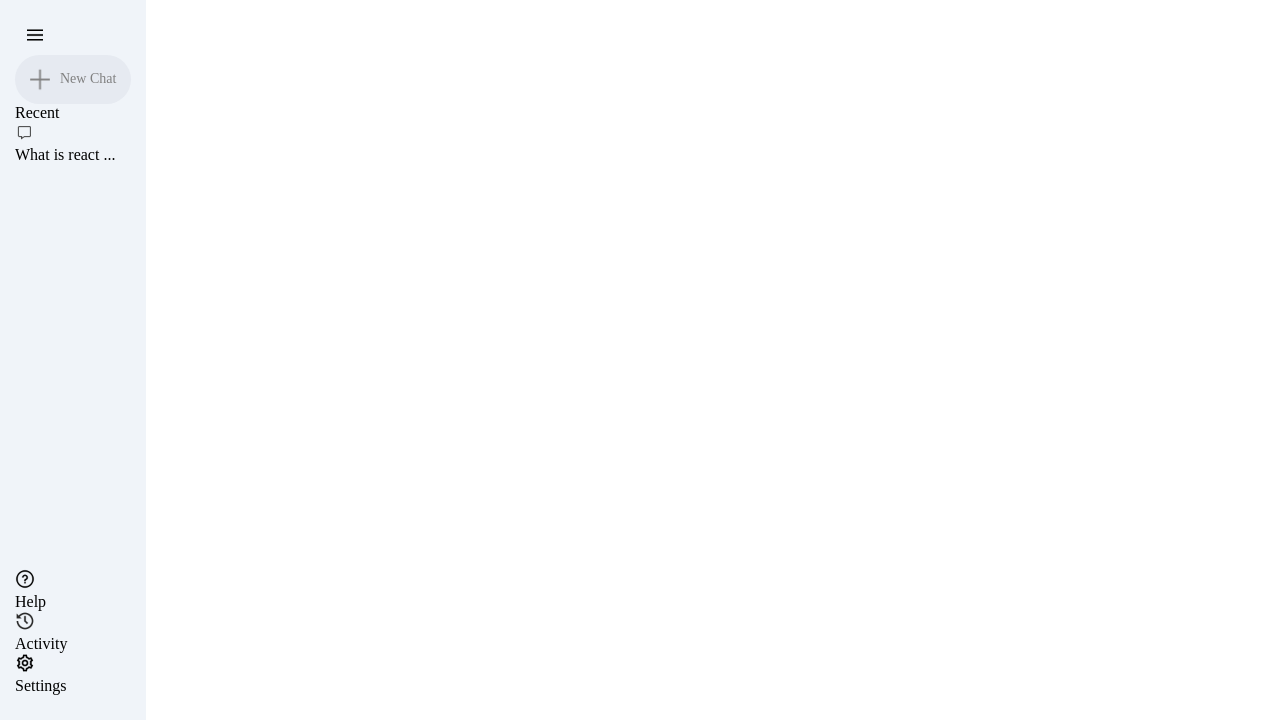
Repository: diyorbe-beep/GhostAi
Page: /
These files come from the project's save history. The page is drawn as it stood at one moment and after a run of saves; the edit follows.
The browser window is 1280 px wide. The pictures show the whole page.
The project was rebuilt for these pictures with package versions that can differ from the ones it lists, and the page was loaded fresh each time. Also part of the build but not shown: vite.config.js.

Above is the page before, as saved 2025-08-31 12:19:29.

### index.html
<!doctype html>
<html lang="en">
  <head>
    <meta charset="UTF-8" />
    <link rel="icon" type="image/svg+xml" href="./public/ChatGPT Image 31 авг. 2025 г., 11_16_32.png" />
    <meta name="viewport" content="width=device-width, initial-scale=1.0" />
    <title>GhostAi</title>
  </head>
  <body>
    <div id="root"></div>
    <script type="module" src="/src/main.jsx"></script>
  </body>
</html>

### src/index.css
*{
  margin: 0;
  padding: 0;
  box-sizing: border-box;
}
#root{
  min-height: 100vh;
  display: flex;
}
/* body{
  background-color: #171618;
} */

### src/App.jsx
import React from 'react'
import Sidebar from './components/sidebar/sidebar'
export default function App() {
  return (
    <>
      <Sidebar />
    </>
  )
}

### src/components/sidebar/sidebar.jsx
import React from 'react'
import './sidebar.css'
import { assets } from '../../assets/assets'
export default function sidebar() {
  return (
    <div className='sidebar'>
      <div className="top">
        <img className='menu' src={assets.menu_icon} alt="" />
        <div className="new_chat">
          <img src={assets.plus_icon} alt="" />
          <p>New Chat</p>
        </div>
        <div className="recent">
          <p className='recent-title' >Recent </p>
          <div className="recent-entry">
            <img src={assets.message_icon} alt="" />
            <p>What is react ...</p>
          </div>
        </div>
      </div>
      <div className="bottom">
        <div className='bottom_item recent-entry'>
          <img src={assets.question_icon} alt="" />
          <p>Help</p>
        </div>
        <div className='bottom_item recent-entry'>
          <img src={assets.history_icon} alt="" />
          <p>Activity</p>
        </div>
        <div className='bottom_item recent-entry'>
          <img src={assets.setting_icon} alt="" />
          <p>Settings</p>
        </div>
      </div>
    </div>
  )
}

### src/components/sidebar/sidebar.css
.sidebar{
    min-width: 130px;
    display: inline-flex;
    flex-direction: column;
    justify-content: space-between;
    background-color: #f0f4f9;
    padding: 25px 15px;
}

.sidebar img{
    width: 20px;
}

.sidebar .menu{
    display: block;
    margin-left: 10px;
    cursor: pointer;
}

.sidebar .new_chat{
    margin-top: 10px;
    display: inline-flex;
    align-items: center;
    gap: 10px;
    padding: 10px 15px;
    background-color: #e6eaf1;
    border-radius: 50px;
    font-size: 14px;
    color: grey;
    cursor: pointer;
}

.siderbar .recent{
    display: flex;
    flex-direction: column ;
}

.siderbar .recent-title{
    margin-top: 30px;
    margin-bottom:  20px;
}

### src/assets/assets.js
import history_icon from './history_icon.png'
import menu_icon from './menu_icon.png'
import plus_icon from './plus_icon.png'
import question_icon from './question_icon.png'
import setting_icon from './setting_icon.png'
import bulb_icon from './bulb_icon.png'
import compass_icon from './compass_icon.png'
import gallery_icon from './gallery_icon.png'
import mic_icon from './mic_icon.png'
import user_icon from './user_icon.png'
import youtube_icon from './youtube_icon.png'
import message_icon from './message_icon.png'
import code_icon from './code_icon.png'
import send_icon from './send_icon.png'
import gemini_icon from './gemini_icon.png'

export const assets = {
    history_icon,
    menu_icon,
    plus_icon,
    question_icon,
    setting_icon,
    bulb_icon,
    compass_icon,
    gallery_icon,
    mic_icon,
    user_icon,
    youtube_icon,
    message_icon,
    code_icon,
    send_icon,
    gemini_icon
}

Loaded but not shown: src/main.jsx (common file)

After the next 2 saves:
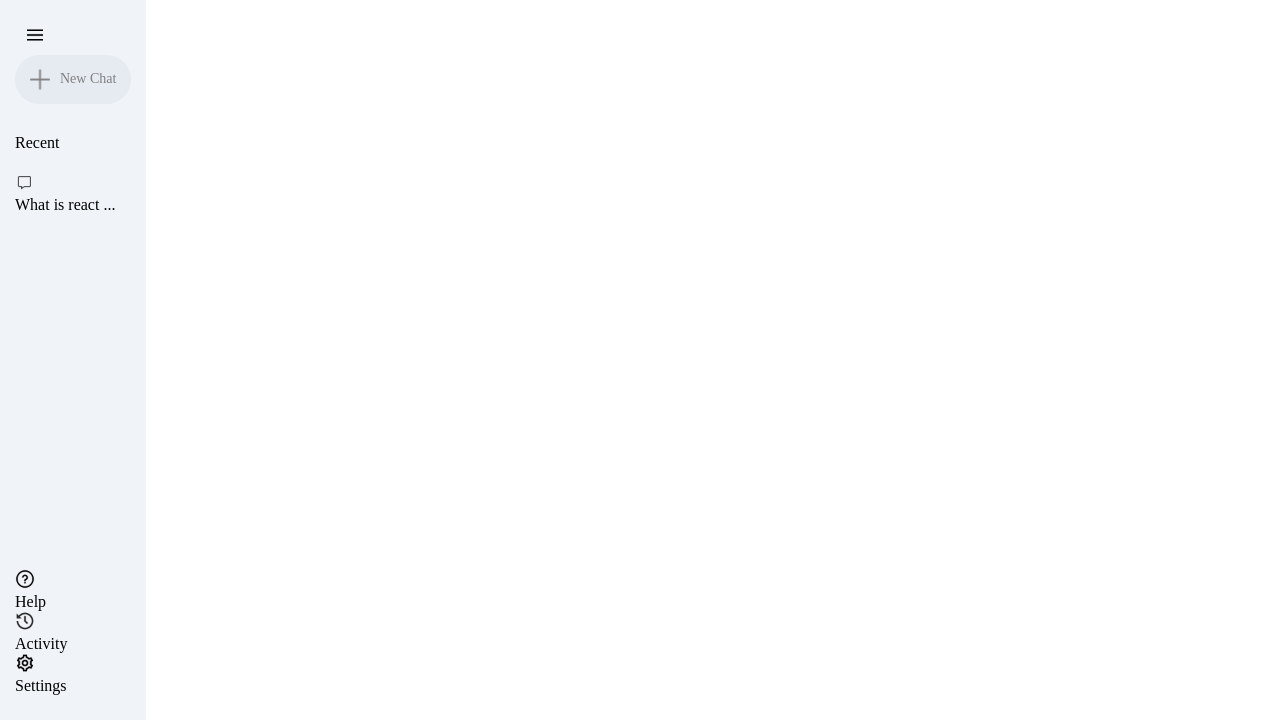
The 2 saves are shown as one change because they came seconds apart.
The last was saved 27 s later.
--- a/src/components/sidebar/sidebar.css
+++ b/src/components/sidebar/sidebar.css
@@ -30,12 +30,12 @@
     cursor: pointer;
 }
 
-.siderbar .recent{
+.sidebar .recent{
     display: flex;
     flex-direction: column ;
 }
 
-.siderbar .recent-title{
+.sidebar .recent-title{
     margin-top: 30px;
     margin-bottom:  20px;
 }
